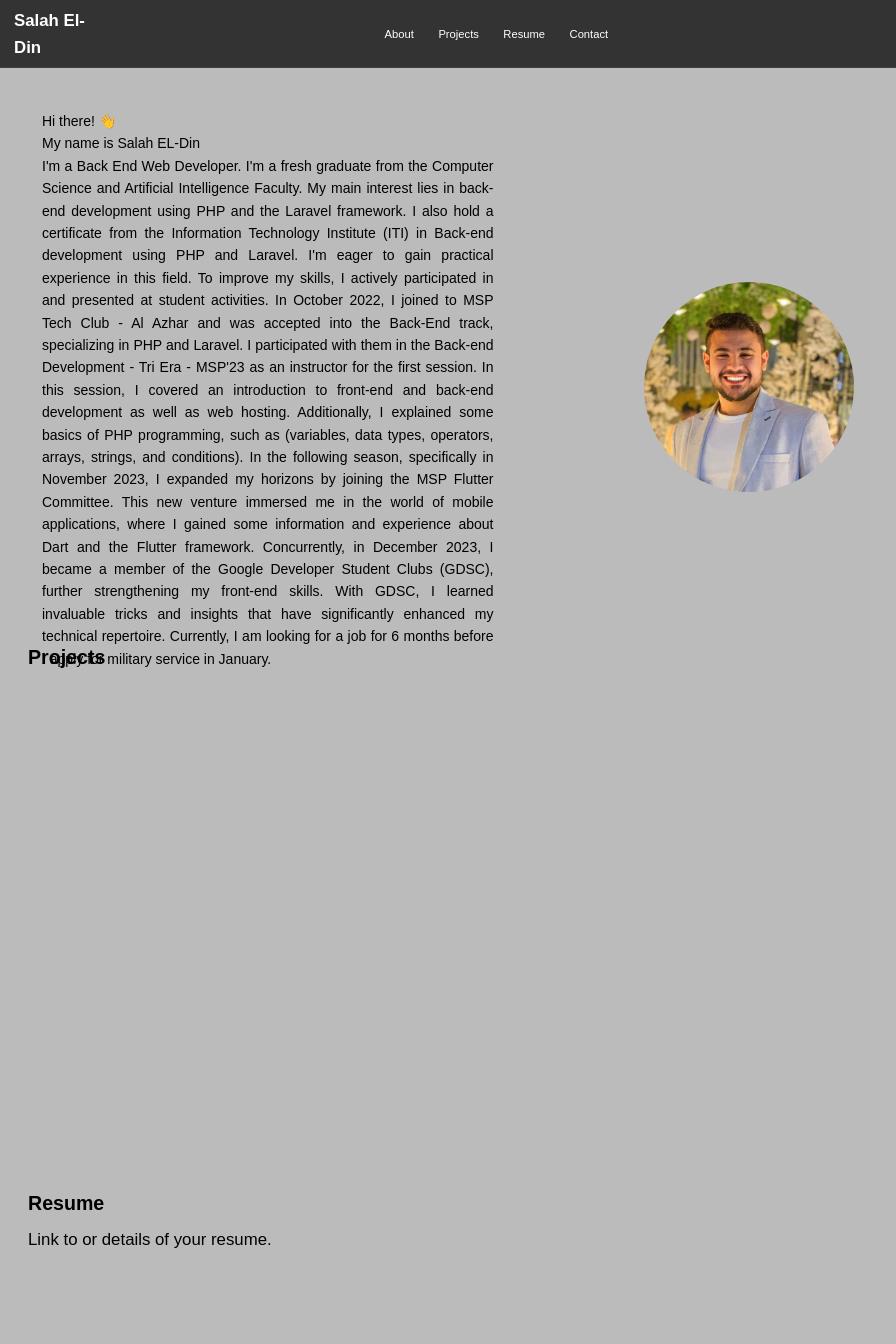
Repository: Salah-Wael/Salah-EL-Din-Portfolio
Page: index.html
These files come from the project's save history. The page is drawn as it stood at one moment and after the next save; the edit follows.
The browser window is 1280 px wide. The pictures show the part of the page from y = 0 to 1920 px (the page is 3237 px tall), at 70% of full size.
Pictures or frames that could not be fetched are drawn as grey boxes.

Above is the page before, as saved 2024-07-13 03:52:17.

After the next save:
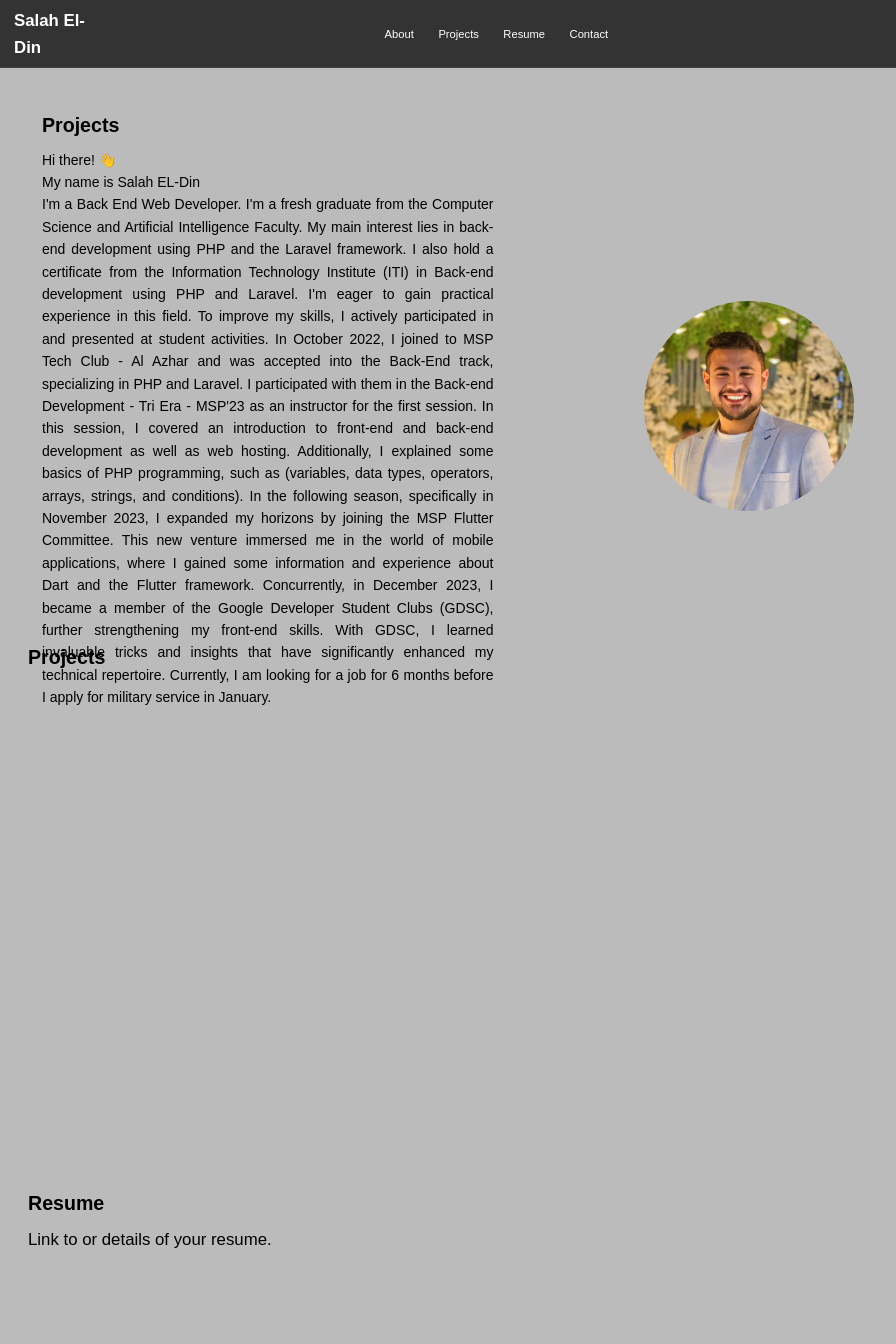
Saved 17 s later.
--- a/index.html
+++ b/index.html
@@ -19,6 +19,7 @@
   <section id="about">
     <div class="about">
       <div>
+        <h2>Projects</h2>
         <p>
           Hi there! 👋<br>
           My name is Salah EL-Din <br> I'm a <span>Back End Web Developer.</span>
